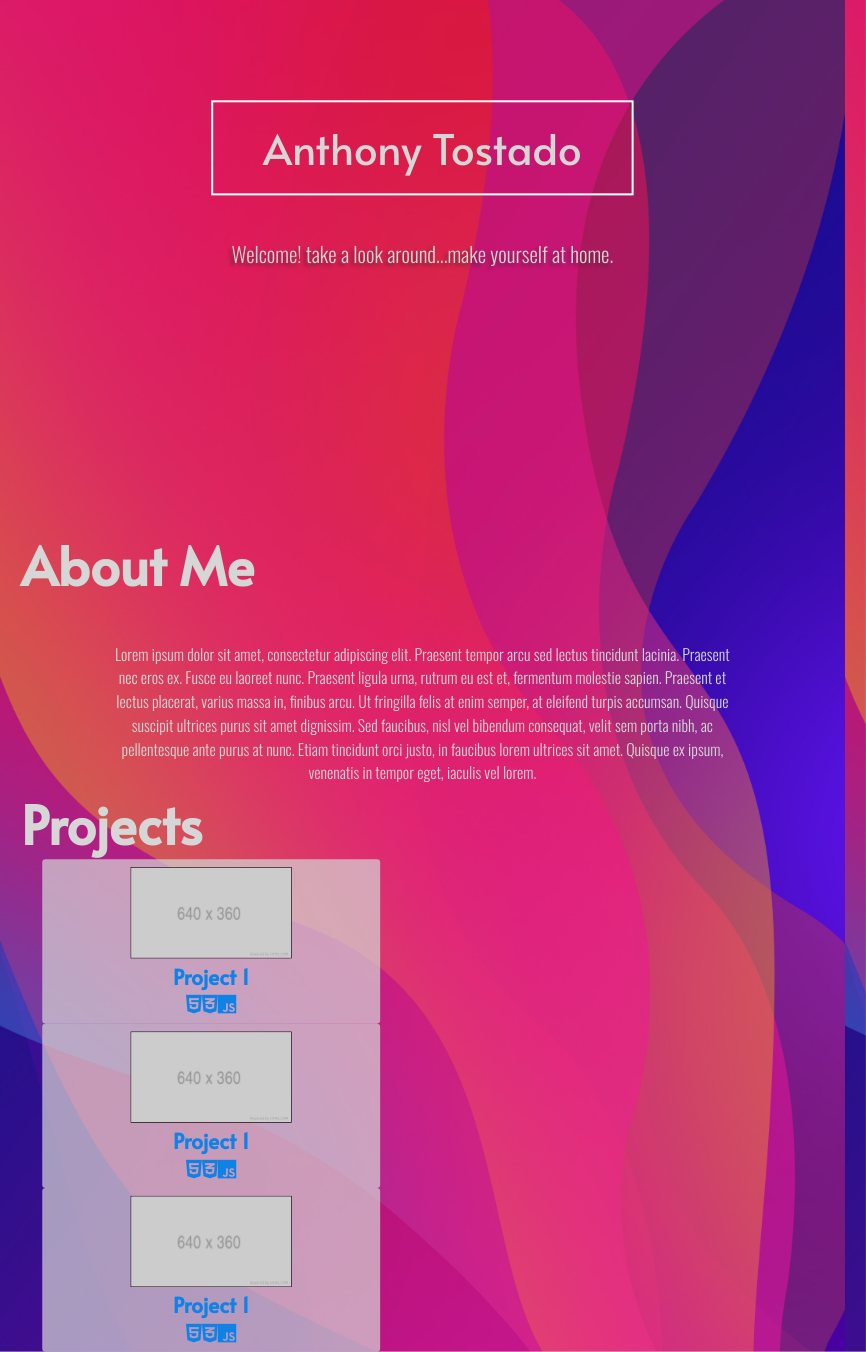
Repository: sloppytony/newport
Page: / (app in portfolio/)
An editor plug-in stored every save of this project. The page is shown before and after the next save, followed by the edit.
The browser window is 1280 px wide. The page is 1312 px wide, so the pictures cover 1312 px, including what lies to the right of the window. The pictures show the whole page, at 66% of full size.
Backgrounds fixed to the window are drawn as part of the page. Some web libraries are served in a nearby version. The project was rebuilt for these pictures with package versions that can differ from the ones it lists, and the page was loaded fresh each time.

Above is the page before, as saved 2020-08-23 14:33:48.

After the next save:
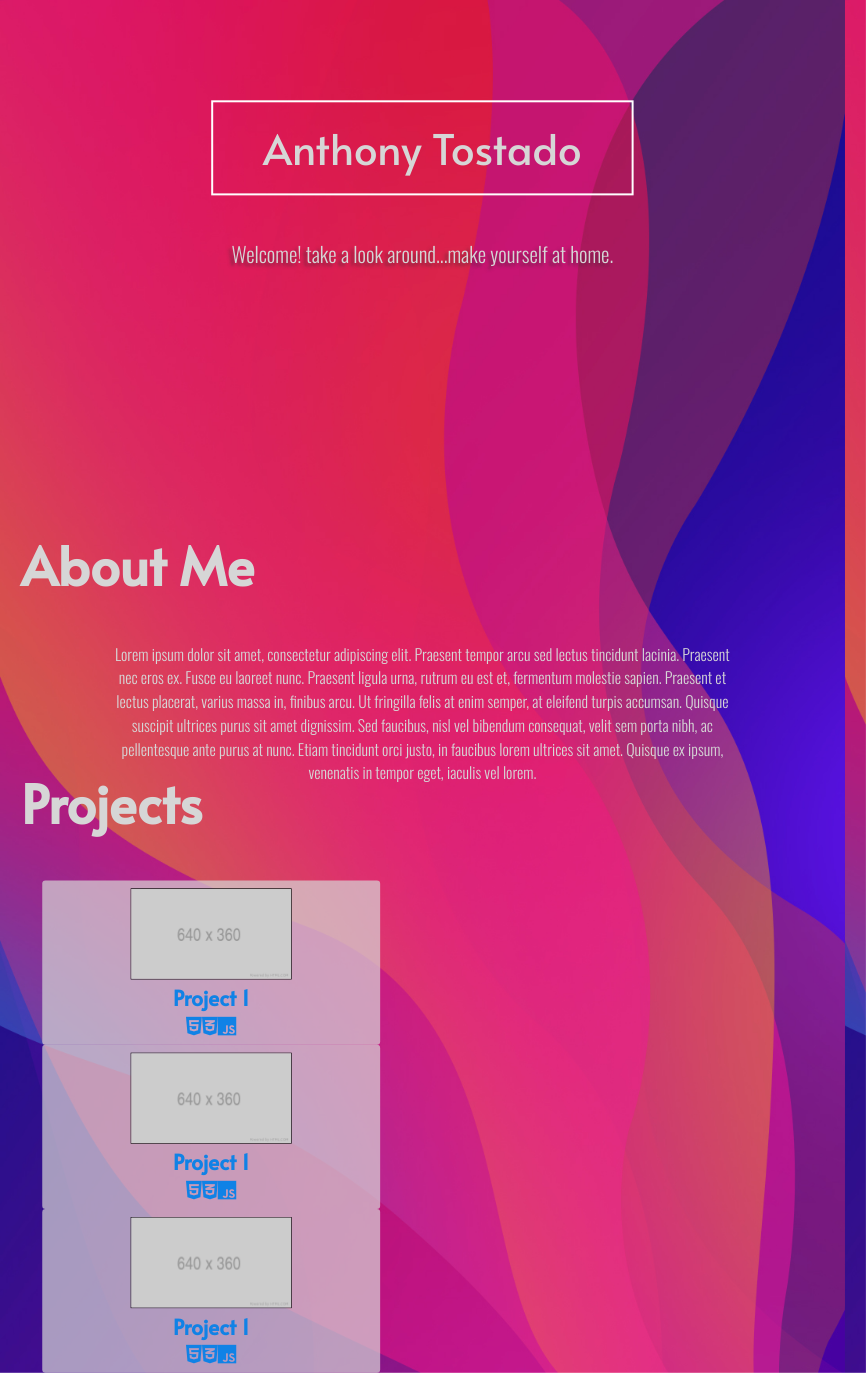
Saved 29 s later.
--- a/portfolio/src/App.css
+++ b/portfolio/src/App.css
@@ -120,6 +120,7 @@ div.card1 {
   border-radius: 5px 5px 5px;
   margin-left: 5%;
   padding: 1%;
+  margin-top: 5%;
 }
 
 div.card2 {
